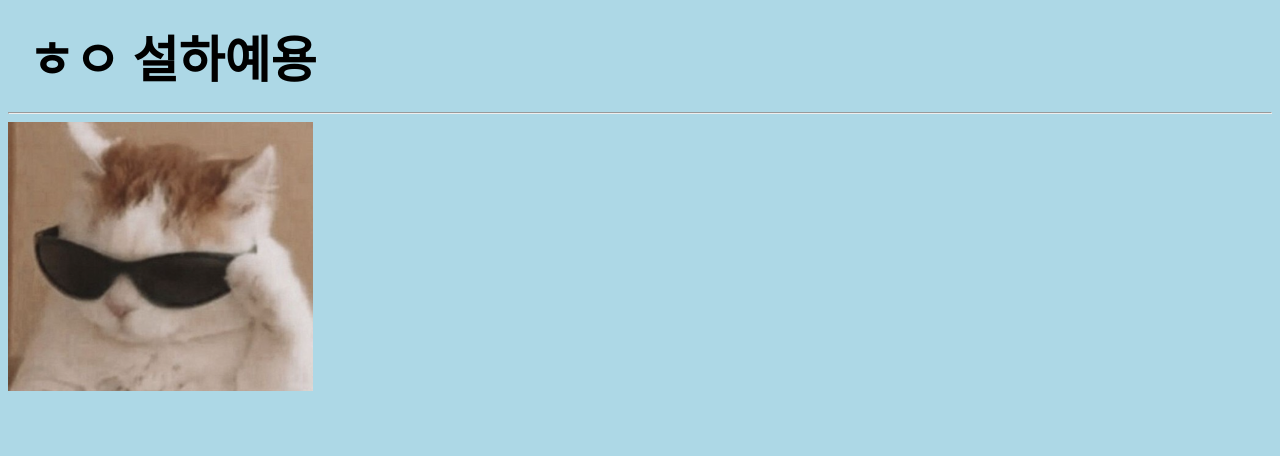
Repository: tjfgk97/sts3
Page: http://localhost/spring-first/hi
An editor plug-in stored every save of this project. The page is shown before and after the next save, followed by the edit.
The browser window is 1280 px wide. The pictures show the whole page.
The page is served by Tomcat 9. Other server files are loaded and not shown.

Above is the page before, as saved 2024-02-01 07:00:48.

### spring-first/src/main/webapp/WEB-INF/views/intro.jsp
<%@ page language="java" contentType="text/html; charset=UTF-8"
    pageEncoding="UTF-8"%>
<!DOCTYPE html>
<html>
<head>
<meta charset="UTF-8">
<title>Intro</title>
<style type="text/css">
@import url("resources/css/intro.css");
</style>
</head>
<body>
	<p>ㅎㅇ 설하예용</p>
	<a href=""></a>
	<hr>
	<img alt="" src="resources/images/ganzi.png">

</body>
</html>

### spring-first/src/main/webapp/resources/css/intro.css
@charset "UTF-8";

body {
	background-color: lightblue;
}

p {
	font-size: 50px;
	font-weight: bold;
	margin: 20px 20px;
}

After the next save:
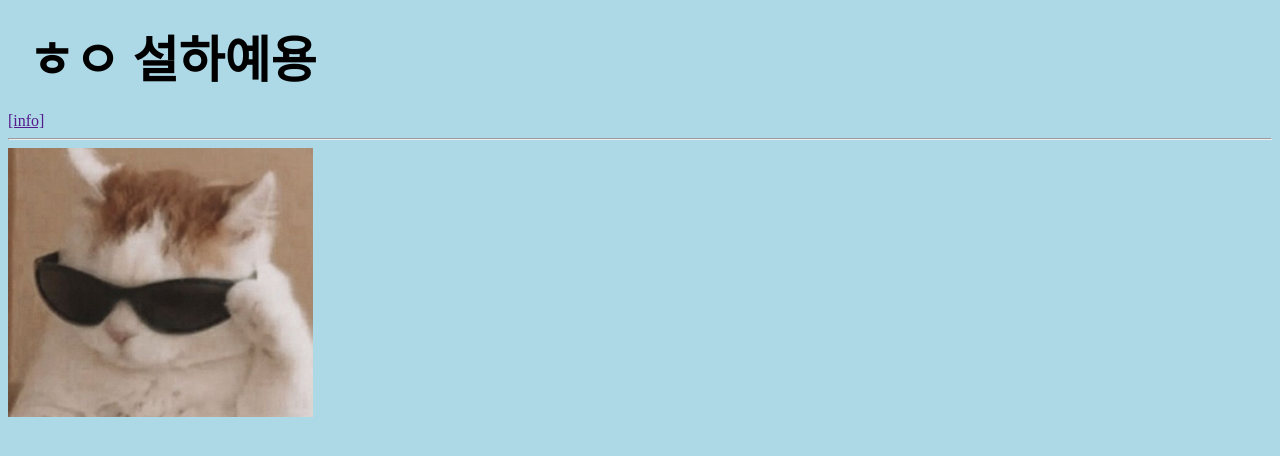
Saved 23 s later.
--- a/spring-first/src/main/webapp/WEB-INF/views/intro.jsp
+++ b/spring-first/src/main/webapp/WEB-INF/views/intro.jsp
@@ -11,7 +11,7 @@
 </head>
 <body>
 	<p>ㅎㅇ 설하예용</p>
-	<a href=""></a>
+	<a href="">[info]</a>
 	<hr>
 	<img alt="" src="resources/images/ganzi.png">
 
